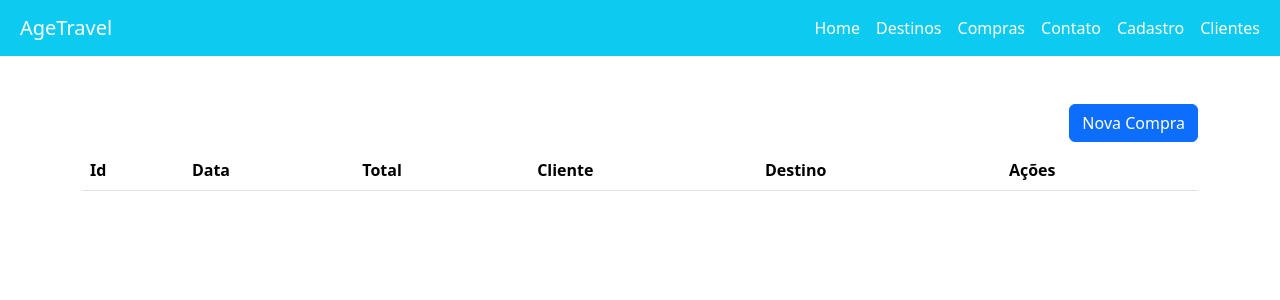
Repository: suyannepereira/modulo5
Page: http://localhost/compras/index
The author's editor kept a copy of each file at every save. The page is drawn from the files as they stood at one save, then again after a run of saves.
The browser window is 1280 px wide. The pictures show the whole page.
The page is this project's Thymeleaf template; nobody is signed in. The template is opened directly, without the code that normally fills it, so the values that code supplies are empty.

Above is the page before, as saved 2023-12-14 23:56:29.

After the next 3 saves:
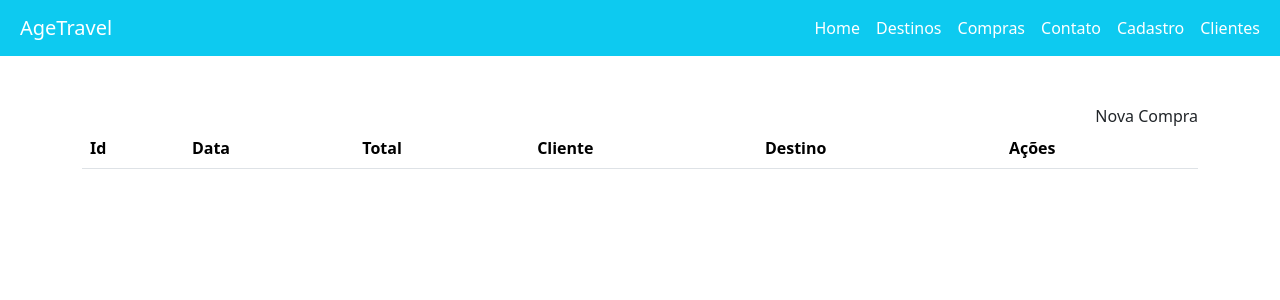
The 3 saves are shown as one change because 2 did not build or start.
The last was saved 3 min 42 s later.
--- a/mod5/src/main/resources/templates/compras/index.html
+++ b/mod5/src/main/resources/templates/compras/index.html
@@ -56,11 +56,11 @@
 
 					<td>
 
-						<a th:href=
+						<a
 							class="btn btn-secondary btn-edit mb-1">
 							Editar
 						</a>
-						<a th:href=
+						<a
 							onclick="return confirm('Tem certeza que deseja excluir o cliente?');">
 							Excluir
 						</a>
@@ -69,7 +69,7 @@
 				</tr>
 
 				<div class="d-flex justify-content-end mt-4">
-					<a th:href="@{clientes/cadastrar}" class="btn btn-primary mb-2 botao1"> Nova Compra </a>
+					<a > Nova Compra </a>
 				</div>
 
 
